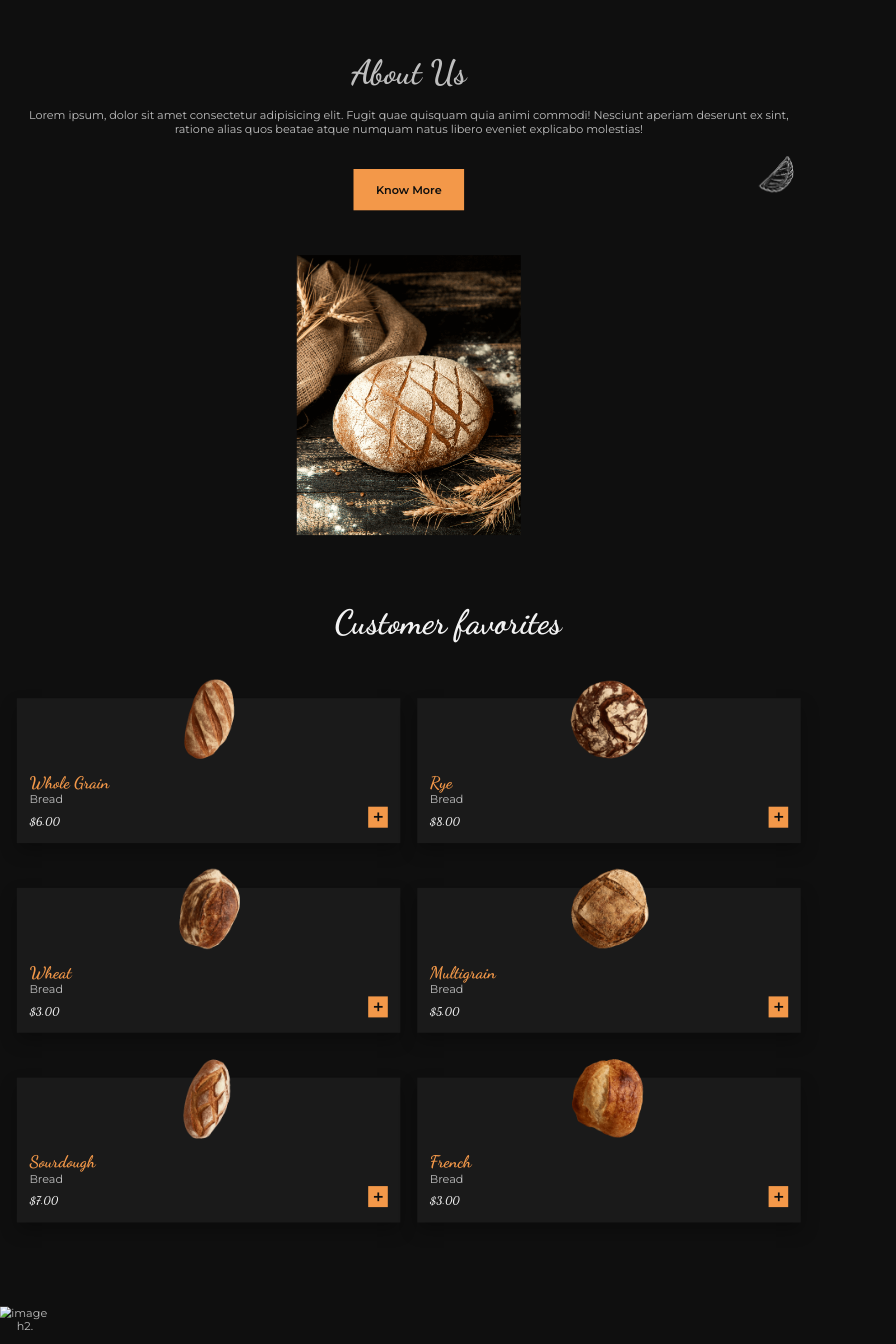
Repository: dinhhaidh/Bakery-web
Page: index.html
An editor plug-in stored every save of this project. The page is shown before and after a run of saves, followed by the edit.
The browser window is 1280 px wide. The pictures show the part of the page from y = 1839 to 3759 px (the page is 3759 px tall before and 3740 px after), at 70% of full size.
Some web libraries are served in a nearby version.

Above is the page before, as saved 2024-01-16 15:46:44.

After the next 2 saves:
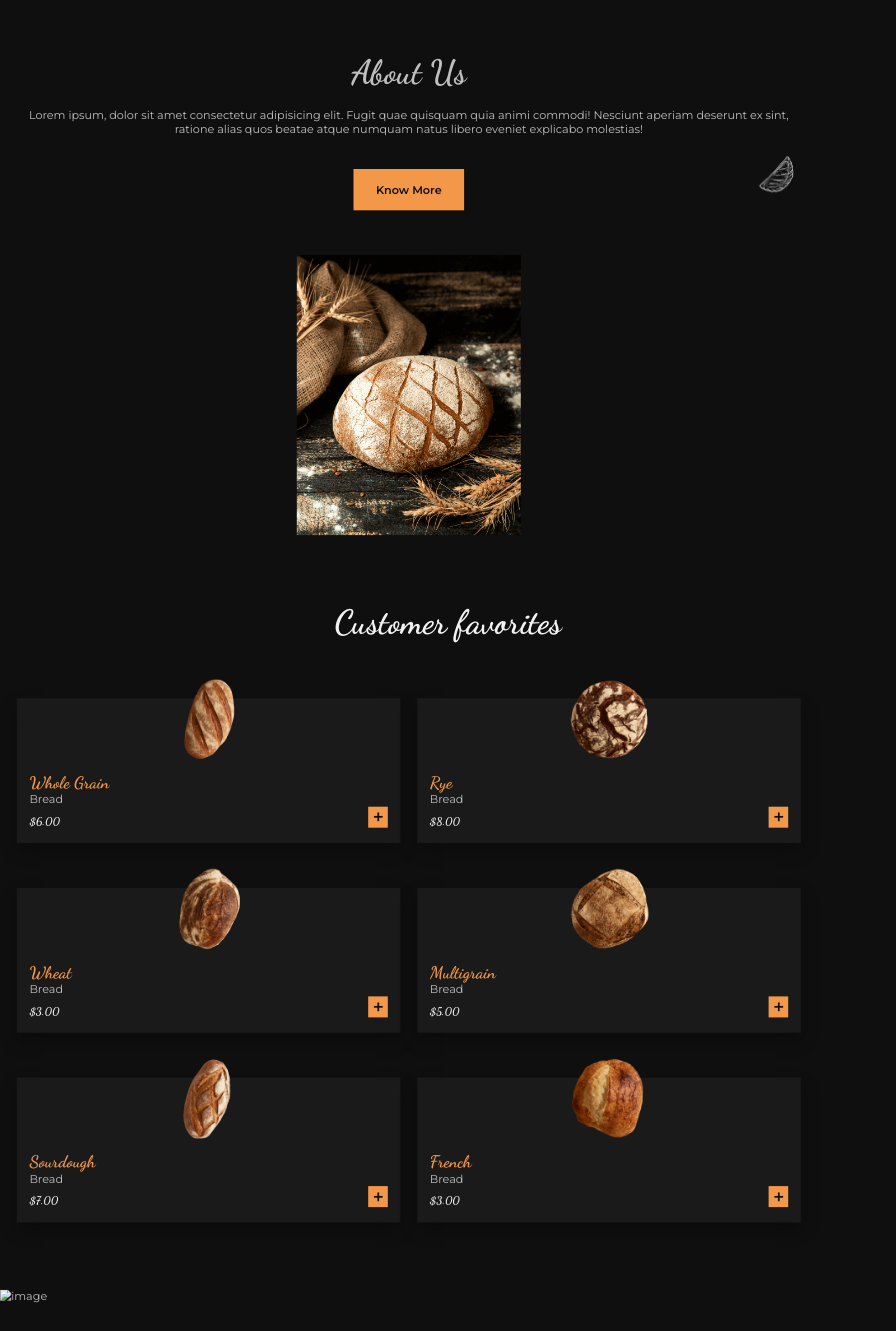
The 2 saves are shown as one change because they came seconds apart.
The last was saved 7 s later.
--- a/index.html
+++ b/index.html
@@ -223,14 +223,13 @@
 
       <!--==================== VISIT ====================-->
       <section class="visit section" id="visit">
-        <h2 class="section__title"></h2>
-        <div class="visit__container">
-            <img src="" alt="image" class="visit__img">
-            <div class="visit__shadow"></div>
-
-            <div class=" container grid__content  container grid">
-                <div class="visit__data">
-                    h2.
+          <div class="visit__container">
+              <img src="" alt="image" class="visit__img">
+              <div class="visit__shadow"></div>
+
+              <div class=" container grid__content  container grid">
+                  <div class="visit__data">
+                      <h2 class="section__title"></h2>
                 </div>
             </div>
         </div>
